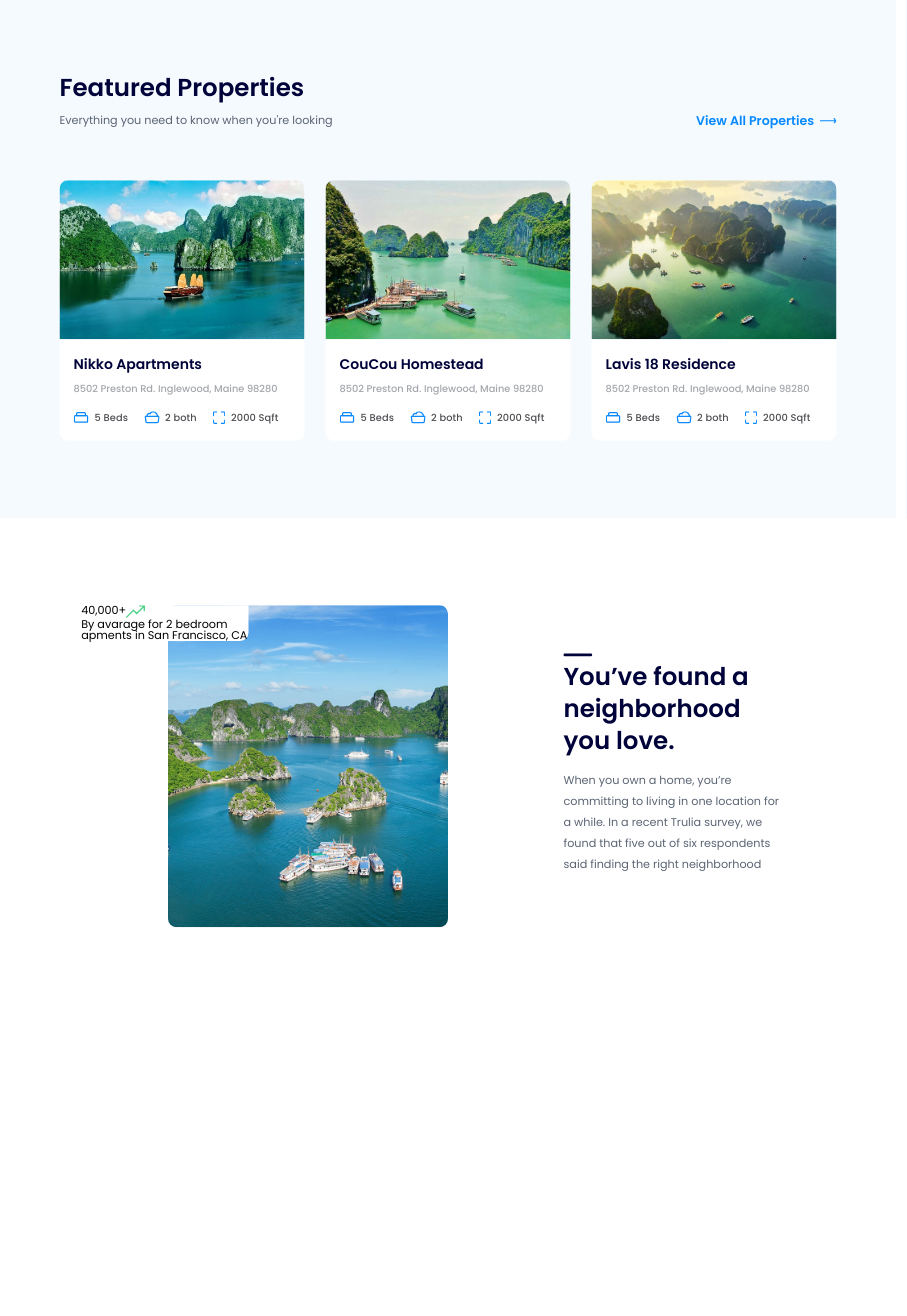
Repository: anhtien111198/f8-htmlcss-01
Page: index.html
The author's editor kept a copy of each file at every save. The page is drawn from the files as they stood at one save, then again after the next save.
The browser window is 1280 px wide. The page is 1295 px wide, so the pictures cover 1295 px, including what lies to the right of the window. The pictures show the part of the page from y = 1781 to 3661 px (the page is 10000 px tall), at 70% of full size.

Above is the page before, as saved 2023-04-30 15:32:55.

### index.html
<!DOCTYPE html>
<html lang="en">
    <head>
        <meta charset="UTF-8" />
        <meta http-equiv="X-UA-Compatible" content="IE=edge" />
        <meta name="viewport" content="width=device-width, initial-scale=1.0" />
        <title>F8 project 01</title>
        <link rel="stylesheet" href="./assets/css/reset.css" />
        <link rel="stylesheet" href="./assets/fonts/stylesheet.css" />
        <link rel="stylesheet" href="./assets/css/styles.css" />
    </head>
    <body>
        <main style="height: 10000px">
            <!-- Header -->
            <header class="header">
                <div class="content">
                    <nav class="navbar">
                        <!-- logo -->
                        <img src="./assets/img/logo.svg" alt="Besnik." />
                        <!-- Navigation -->
                        <ul>
                            <li>
                                <a href="#!">Home</a>
                            </li>
                            <li>
                                <a href="#!">Features</a>
                            </li>
                            <li>
                                <a href="#!">Services</a>
                            </li>
                            <li>
                                <a href="#!">Resources</a>
                            </li>
                            <li>
                                <a href="#!">Contact</a>
                            </li>
                        </ul>
                        <!-- Action -->
                        <div class="action">
                            <a href="#!" class="action-link">Sign in</a>
                            <a href="#!" class="btn action-btn">Sing up</a>
                        </div>
                    </nav>

                    <div class="hero">
                        <div class="info">
                            <p class="sub-title">Welcome to Besnik Agency</p>
                            <h1 class="title">
                                Discover a place you'll love to live.
                            </h1>
                            <p class="desc">
                                get the best real estate deals first, before
                                they hit the mass market! HOT FORECLOSURE DEALS
                                with one simple search.
                            </p>
                            <a href="#!" class="btn hero-cta">More About Us</a>
                        </div>

                        <img
                            src="./assets/img/house illustration.svg"
                            alt="Discover a place you'll love to live."
                            class="hero-img"
                        />
                    </div>
                </div>
            </header>

            <!-- clients -->
            <div class="clients">
                <div class="content">
                    <div class="row">
                        <img src="./assets/img/logo.svg" alt="Besnik." />
                        <!-- start -->
                        <div class="start">
                            <img src="./assets/img/start.svg" alt="start" />
                            <img src="./assets/img/start.svg" alt="start" />
                            <img src="./assets/img/start.svg" alt="start" />
                            <img src="./assets/img/start.svg" alt="start" />
                            <img src="./assets/img/start.svg" alt="start" />
                        </div>
                    </div>
                    <div class="row row-desc">
                        <p class="desc">
                            More than 45,000+ companies trust besnik
                        </p>
                        <p class="desc">5 Star Ratings (2k+ Review)</p>
                    </div>
                    <div class="images">
                        <img src="./assets/img/client-1.svg" alt="client 1" />
                        <img src="./assets/img/client-2.svg" alt="client 2" />
                        <img src="./assets/img/client-3.svg" alt="client 3" />
                        <img src="./assets/img/client-4.svg" alt="client 4" />
                        <img src="./assets/img/client-5.svg" alt="client 5" />
                    </div>
                </div>
            </div>

            <!-- Guides -->
            <div class="guides">
                <div class="content">
                    <h2 class="sub-title">How its works?</h2>
                    <p class="desc">
                        Everything you need to know when you're looking to buy,
                        rent, or sell - all in one place.
                    </p>
                    <!-- list guide -->
                    <ul class="list-guide">
                        <li class="guide-item">
                            <img
                                src="./assets/img/buyer.svg"
                                alt="buyer"
                                class="icon"
                            />
                            <h3 class="title">Buyer Guides</h3>
                            <a href="#!" class="link">
                                <span>How to buy</span>
                                <img
                                    src="./assets/img/arow-right.svg"
                                    alt="arrow-right"
                                    class="arrow"
                                />
                            </a>
                        </li>
                        <li class="guide-item">
                            <img
                                src="./assets/img/renter.svg"
                                alt="renter"
                                class="icon"
                            />
                            <h3 class="title">Renter Guides</h3>
                            <a href="#!" class="link">
                                <span>How to rent</span>
                                <img
                                    src="./assets/img/arow-right.svg"
                                    alt="arrow-right"
                                    class="arrow"
                                />
                            </a>
                        </li>
                        <li class="guide-item">
                            <img
                                src="./assets/img/seller.svg"
                                alt="seller"
                                class="icon"
                            />
                            <h3 class="title">Seller Guides</h3>
                            <a href="#!" class="link">
                                <span>How to sell</span>
                                <img
                                    src="./assets/img/arow-right.svg"
                                    alt="arrow-right"
                                    class="arrow"
                                />
                            </a>
                        </li>
                    </ul>
                    <div class="guide-cta">
                        <a href="#!" class="btn">Sell Full Guidelines</a>
                    </div>
                </div>
            </div>

            <!-- Featured -->
            <div class="featured">
                <div class="content">
                    <header>
                        <h2 class="sub-title">Featured Properties</h2>
                        <div class="row">
                            <p class="desc">
                                Everything you need to know when you're looking
                            </p>
                            <a href="#!" class="link">
                                <span>View All Properties</span>
                                <img
                                    src="./assets/img/arow-right.svg"
                                    alt="arrow-right"
                                    class="arrow"
                                />
                            </a>
                        </div>
                    </header>
                    <div class="list">
                        <!-- Featured-item 1 -->
                        <div class="item">
                            <a href="#!">
                                <img
                                    src="./assets/img/featuured-1.jpg"
                                    alt="Nikko Apartments"
                                    class="thumb"
                                />
                            </a>
                            <div class="body">
                                <h3 class="title">
                                    <a href="#!">Nikko Apartments</a>
                                </h3>
                                <p class="desc">
                                    8502 Preston Rd. Inglewood, Maine 98280
                                </p>
                                <div class="info">
                                    <img
                                        src="./assets/img/bed.svg"
                                        alt=""
                                        class="icon"
                                    />
                                    <span class="label">5 Beds</span>

                                    <img
                                        src="./assets/img/both.svg"
                                        alt=""
                                        class="icon"
                                    />
                                    <span class="label">2 both</span>

                                    <img
                                        src="./assets/img/sqft.svg"
                                        alt=""
                                        class="icon"
                                    />
                                    <span class="label">2000 Sqft</span>
                                </div>
                            </div>
                        </div>

                        <!-- Featured-item 2 -->
                        <div class="item">
                            <a href="#!">
                                <img
                                    src="./assets/img/featured-2.jpg"
                                    alt="CouCou Homestead"
                                    class="thumb"
                                />
                            </a>
                            <div class="body">
                                <h3 class="title">
                                    <a href="#!">CouCou Homestead</a>
                                </h3>
                                <p class="desc">
                                    8502 Preston Rd. Inglewood, Maine 98280
                                </p>
                                <div class="info">
                                    <img
                                        src="./assets/img/bed.svg"
                                        alt=""
                                        class="icon"
                                    />
                                    <span class="label">5 Beds</span>

                                    <img
                                        src="./assets/img/both.svg"
                                        alt=""
                                        class="icon"
                                    />
                                    <span class="label">2 both</span>

                                    <img
                                        src="./assets/img/sqft.svg"
                                        alt=""
                                        class="icon"
                                    />
                                    <span class="label">2000 Sqft</span>
                                </div>
                            </div>
                        </div>

                        <!-- Featured-item 3 -->
                        <div class="item">
                            <a href="#!">
                                <img
                                    src="./assets/img/featured-3.jpg"
                                    alt="Lavis 18 Residence"
                                    class="thumb"
                                />
                            </a>
                            <div class="body">
                                <h3 class="title">
                                    <a href="#!" class="line-clamp"
                                        >Lavis 18 Residence</a
                                    >
                                </h3>
                                <p
                                    class="desc line-clamp"
                                    style="--line-clamp: 3"
                                >
                                    8502 Preston Rd. Inglewood, Maine 98280
                                </p>
                                <div class="info">
                                    <img
                                        src="./assets/img/bed.svg"
                                        alt=""
                                        class="icon"
                                    />
                                    <span class="label">5 Beds</span>

                                    <img
                                        src="./assets/img/both.svg"
                                        alt=""
                                        class="icon"
                                    />
                                    <span class="label">2 both</span>

                                    <img
                                        src="./assets/img/sqft.svg"
                                        alt=""
                                        class="icon"
                                    />
                                    <span class="label">2000 Sqft</span>
                                </div>
                            </div>
                        </div>
                    </div>
                </div>
            </div>

            <!-- stats -->
            <div class="stats">
                <div class="content">
                    <div class="row">
                        <div class="img-block">
                            <img
                                class="image"
                                src="./assets/img/stat-1.jpg"
                                alt="You’ve found a neighborhood you love."
                            />
                            <!-- trend -->
                            <div class="stats-trent">
                                <div class="row">
                                    <strong class="value">40,000+</strong>
                                    <img
                                        src="./assets/img/arrow-trent-up.svg"
                                        alt=""
                                        class="icon"
                                    />
                                </div>
                                <p class="desc">
                                    By avarage for 2 bedroom apments in San
                                    Francisco, CA
                                </p>
                                <div class="separate"></div>
                            </div>
                        </div>
                        <div class="info">
                            <h2 class="sub-title">
                                You’ve found a neighborhood you love.
                            </h2>
                            <p class="desc">
                                When you own a home, you’re committing to living
                                in one location for a while. In a recent Trulia
                                survey, we found that five out of six
                                respondents said finding the right neighborhood
                            </p>
                        </div>
                    </div>
                </div>
            </div>
        </main>
    </body>
</html>

### assets/css/styles.css
* {
    box-sizing: border-box;
}
:root {
    --primary-color: #0f1b4c;
}
html {
    font-size: 62.5%;
}
body {
    font-size: 1.6rem;
    font-family: "Poppins", sans-serif;
}
/* common */
a {
    text-decoration: none;
}
.content {
    width: 1110px;
    max-width: calc(100% - 48px);
    margin-left: auto;
    margin-right: auto;
}
.btn {
    display: inline-block;
    min-width: 98px;
    padding: 18px 16px;
    background: var(--primary-color);
    border-radius: 12px;
    font-weight: 500;
    font-size: 1.4rem;
    text-align: center;
    color: #ffffff;
}
.btn:hover {
    opacity: 0.9;
}
.line-clamp {
    display: -webkit-box;
    -webkit-line-clamp: var(--line-clamp, 2);
    -webkit-box-orient: vertical;
    overflow: hidden;
}
/* =============heder============== */
.header {
    position: relative;
    background: #e6f0ff;
    height: 100vh;
}
.navbar {
    display: flex;
    align-items: center;
    padding-top: 38px;
}
.navbar ul {
    display: flex;
    margin-left: 50px;
    /* justify-content: center; */
}
.navbar .action {
    display: flex;
    align-items: center;
    margin-left: auto;
}
.navbar ul a {
    font-weight: 500;
    font-size: 1.4rem;
    color: #4f5361;
    padding: 8px 14px;
}
.navbar ul a:hover {
    text-decoration: underline;
}
.navbar .action-link {
    font-weight: 500;
    font-size: 1.4rem;
    color: var(--primary-color);
}
.navbar .action-btn {
    padding: 13px 16px;
    margin-left: 18px;
    border-radius: 8px;
}
.hero {
    margin-top: 130px;
}
.hero .info {
    width: 51%;
}
.hero .sub-title {
    font-weight: 500;
    font-size: 1.8rem;
    line-height: 1.5;
    letter-spacing: 0.01em;
    color: #687690;
}
.hero .title {
    margin-top: 8px;
    font-weight: 700;
    font-size: 6.2rem;
    line-height: 1.19;
    color: #000336;
}
.hero .desc {
    margin-top: 30px;
    font-weight: 400;
    font-size: 1.8rem;
    line-height: 1.78;
    text-transform: capitalize;
    color: #5a6473;
}
.hero-cta {
    min-width: 170px;
    margin-top: 40px;
}
.hero-img {
    position: absolute;
    right: calc((100vw - 1110px) / 2 - 100px);
    bottom: 0;
}
/* =========Client============ */
.clients {
    margin-top: 79px;
    padding: 43px 0 71px;
}
.clients .row {
    display: flex;
    justify-content: space-between;
}
.clients .desc {
    font-weight: 500;
    font-size: 1.6rem;
    line-height: 1.25;
    color: #7d8589;
}
.clients .row-desc {
    margin-top: 23px;
}
.clients .images {
    display: flex;
    align-items: center;
    justify-content: space-between;
    margin-top: 96px;
}
/* ====== guides ======== */
.guides {
    margin-top: 40px;
    padding: 93px 0 79px;
}
.guides .sub-title {
    position: relative;
    font-weight: 600;
    font-size: 3.5rem;
    line-height: 1;
    text-align: center;
    color: #000339;
    /* padding-top: 10px; */
}
.guides .sub-title::before {
    content: "";
    top: -10px;
    left: 50%;
    transform: translateX(-50%);
    display: inline-block;
    position: absolute;
    width: 41px;
    height: 4px;
    background: #000339;
    border-radius: 12px;
}
.guides .desc {
    max-width: 459px;
    margin: 20px auto 0;
    font-weight: 400;
    font-size: 1.6rem;
    line-height: 1.88;
    text-align: center;
    color: #5a6473;
}
.list-guide {
    margin-top: 70px;
    display: flex;
    justify-content: center;
}
.guide-item {
    padding: 0 70px;
    text-align: center;
}
.guide-item .title {
    margin-top: 26px;
    font-weight: 500;
    font-size: 2rem;
    line-height: 1.1;
    color: #3b3c45;
}
.guide-item .link {
    display: inline-block;
    margin-top: 10px;
    font-weight: 600;
    font-size: 1.4rem;
    color: #0689ff;
}
.guide-item .arrow {
    margin-left: 6px;
}
.guide-cta {
    display: flex;
    justify-content: center;
    margin-top: 50px;
}
.guide-cta .btn {
    min-width: 170px;
}
/* ======== Featured=========== */
.featured {
    margin-top: 41px;
    padding: 110px 0;
    background: #f5fafe;
}
/* .featured .content {
    background: #f5fafe;
} */
.featured .sub-title {
    font-weight: 600;
    font-size: 3.5rem;
    line-height: 1;
    color: #000339;
}
.featured .row {
    display: flex;
    justify-content: space-between;
    margin-top: 15px;
}
.featured .desc {
    font-weight: 400;
    font-size: 1.6rem;
    line-height: 1.88;
    color: #5a6473;
}
.featured .link {
    display: flex;
    align-items: center;
    font-weight: 600;
    font-size: 1.8rem;
    color: #0689ff;
}
.featured .link .arrow {
    margin-left: 8px;
}

.featured .list {
    display: flex;
    gap: 30px;
    margin-top: 70px;
}
.featured .item {
    flex: 1;
    background: #fff;
    border-radius: 12px;
}
.featured .item .thumb {
    width: 100%;
    height: 227px;
    object-fit: cover;
    border-top-right-radius: 12px;
    border-top-left-radius: 12px;
}
.featured .item .body {
    padding: 17px 20px 24px;
}
.featured .item .title a {
    font-weight: 600;
    font-size: 2rem;
    line-height: 1.5;
    color: #000339;
}
.featured .item .desc {
    margin-top: 11px;
    font-weight: 500;
    font-size: 1.4rem;
    line-height: 1.5;
    color: #a3a6ab;
    /* --line-clamp: 3; */
    word-break: break-all;
}
.featured .item .info {
    display: flex;
    align-items: center;
    margin-top: 21px;
}
.featured .item .label {
    margin-left: 8px;
    font-weight: 500;
    font-size: 1.4rem;
    letter-spacing: 0.01em;
    color: #4d4d52;
}
.featured .item .icon:first-child {
    margin-left: 0;
}
.featured .item .icon {
    margin-left: 23px;
}

/* ==========stats=============== */
.stats {
    margin-top: 75px;
    padding: 50px 0;
}
.stats .content {
    max-width: 1048px;
}
.stats .row {
    display: flex;
}
.stats .img-block,
.stats .info {
    width: 50%;
}
.stats .img-block {
    position: relative;
}
.stats .info {
    padding: 79px 0 0 165px;
}
.stats-trent {
    position: absolute;
    top: 0;
    left: 0;
    width: 239px;
    border-radius: 0px 0px 12px 12px;
    background: #ffffff;
}
.stats .img-block .image {
    display: block;
    margin-left: auto;
    max-width: 400px;
    height: 460px;
    object-fit: cover;
    border-radius: 12px;
}
.stats .sub-title {
    position: relative;
    width: 269px;
    font-weight: 600;
    font-size: 3.5rem;
    line-height: 1.29;
    color: #000339;
}
.stats .sub-title::before {
    position: absolute;
    left: 0;
    top: -10px;
    content: "";
    display: block;
    width: 41px;
    height: 4px;
    background: #000339;
    border-radius: 12px;
}
.stats .info .desc {
    width: 309px;
    margin-top: 20px;
    font-weight: 400;
    font-size: 1.6rem;
    line-height: 1.88;
    color: #5a6473;
}

Loaded but not shown: assets/css/reset.css (common file); assets/fonts/stylesheet.css (161 lines, source omitted)

After the next save:
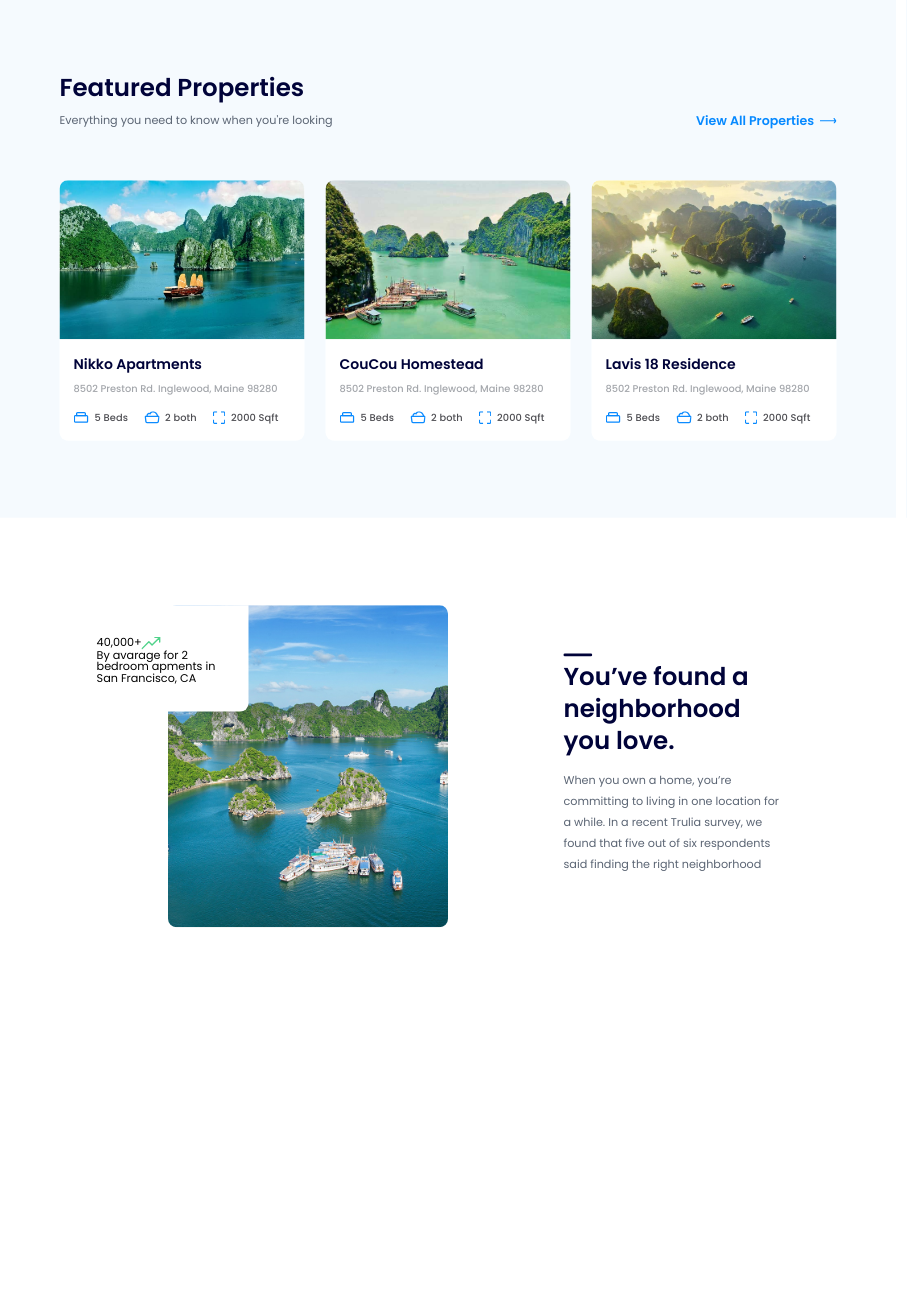
Saved 30 s later.
--- a/assets/css/styles.css
+++ b/assets/css/styles.css
@@ -325,6 +325,7 @@
 }
 .stats-trent {
     position: absolute;
+    padding: 45px 22px 40px;
     top: 0;
     left: 0;
     width: 239px;
